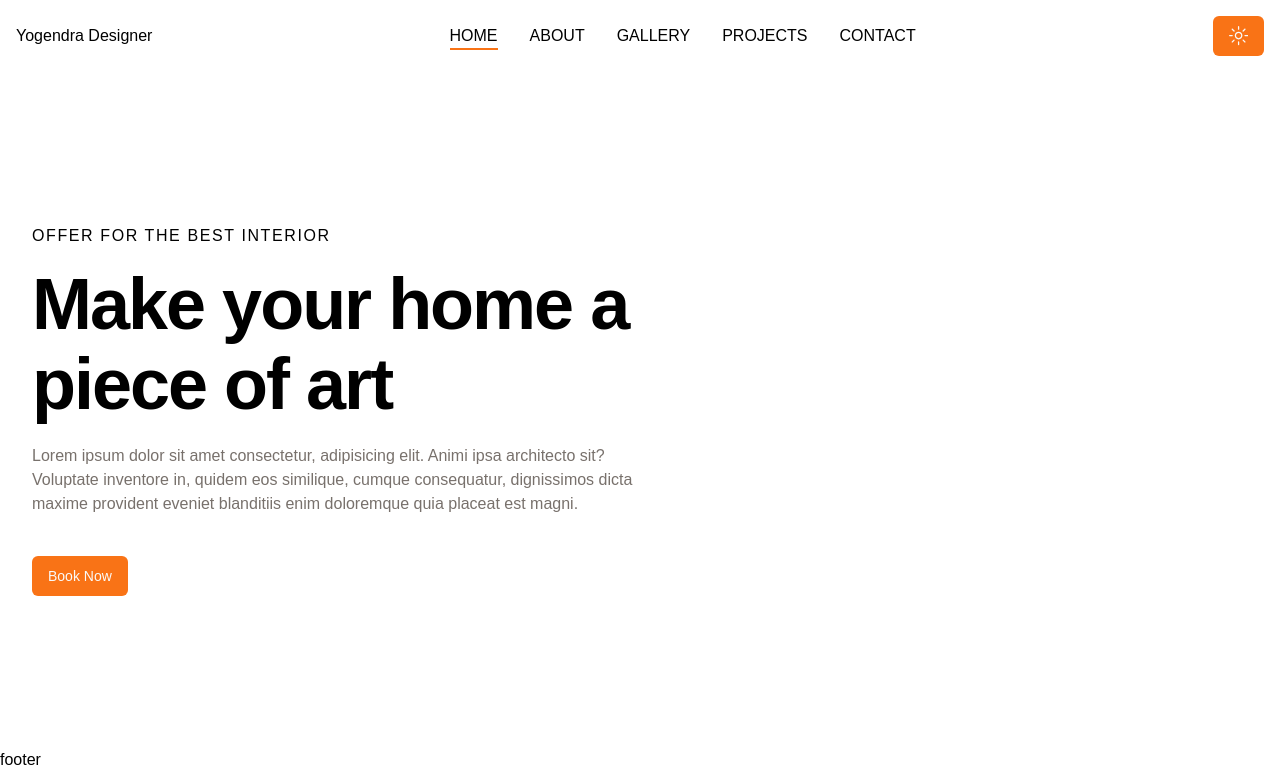
Repository: hitoutvrma/MB_designs-Interior-Designing-website
Page: /
The author's editor kept a copy of each file at every save. The page is drawn from the files as they stood at one save, then again after the next save.
The browser window is 1280 px wide. The pictures show the whole page.
The project was rebuilt for these pictures with package versions that can differ from the ones it lists, and the page was loaded fresh each time. The framework's server and built-in components were replaced by stand-ins that run in the browser. Also part of the build but not shown: next.config.mjs.

Above is the page before, as saved 2024-09-13 16:32:59.

After the next save:
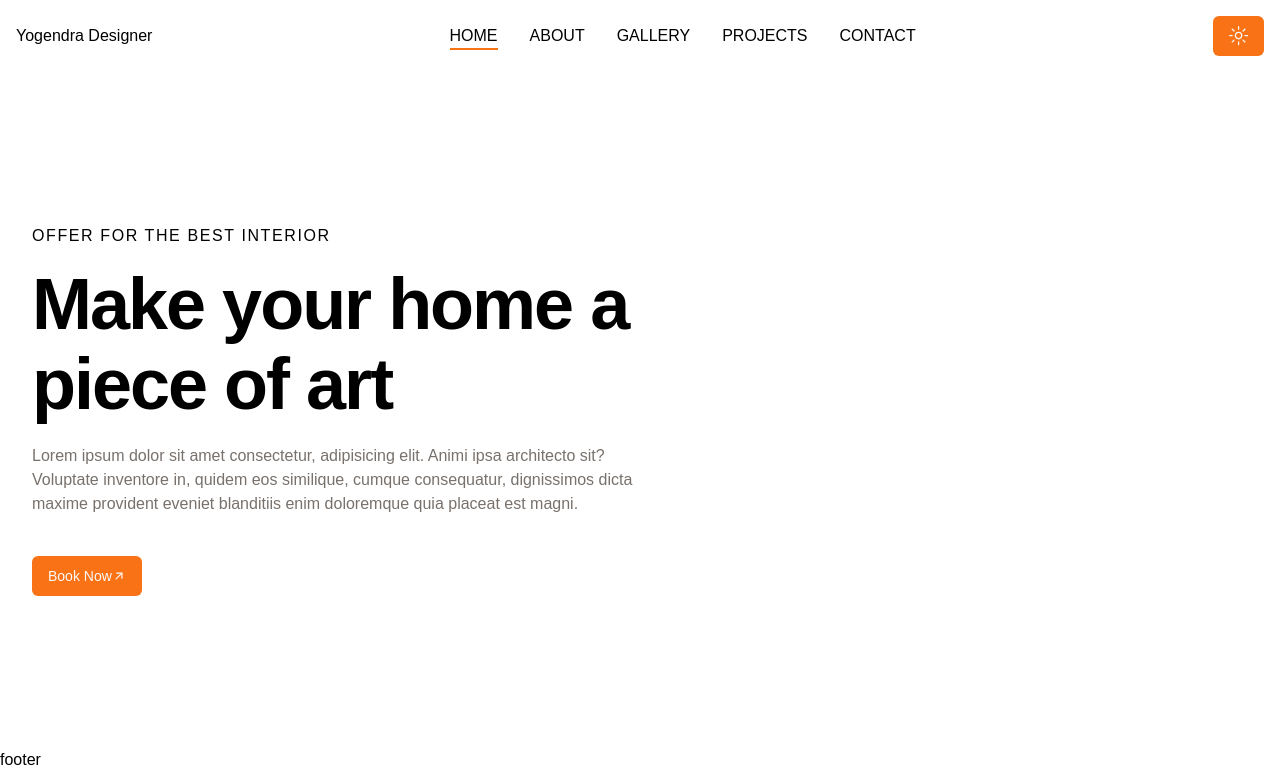
Saved 66 s later.
--- a/components/ui/HeroSection.jsx
+++ b/components/ui/HeroSection.jsx
@@ -1,5 +1,5 @@
 import { Button } from "./button";
-import { } from "react-icons/tb";
+import { TbArrowUpRight } from "react-icons/tb";
 const HeroSection = () => {
   return (
     <div className='container py-12 xl:py-24 px-8 h-[auto] text-center lg:py-0 lg:text-left lg:flex lg:justify-between'>
@@ -12,7 +12,7 @@ const HeroSection = () => {
         Lorem ipsum dolor sit amet consectetur, adipisicing elit. Animi ipsa architecto sit? Voluptate inventore in, quidem eos similique, cumque consequatur, dignissimos dicta maxime provident eveniet blanditiis enim doloremque quia placeat est magni.
       </p>
       <Button>
-        Book Now
+        Book Now <TbArrowUpRight/>
       </Button>
       </div>
       <div className='w-1/2'>
